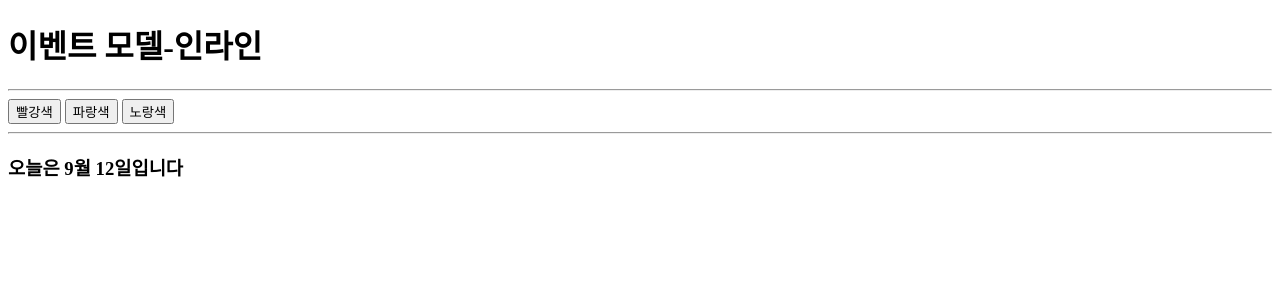
Repository: jhsnex123/web_study
Page: edu/src/main/webapp/jsexam/domexam/exercise11_1.html
These files come from the project's save history. The page is drawn as it stood at one moment and after the next save; the edit follows.
The browser window is 1280 px wide. The pictures show the whole page.
After loading, the first visible `#bt1` was clicked once.

Above is the page before, as saved 2024-09-25 08:38:11.
Console error: ReferenceError: update1 is not defined

After the next save:
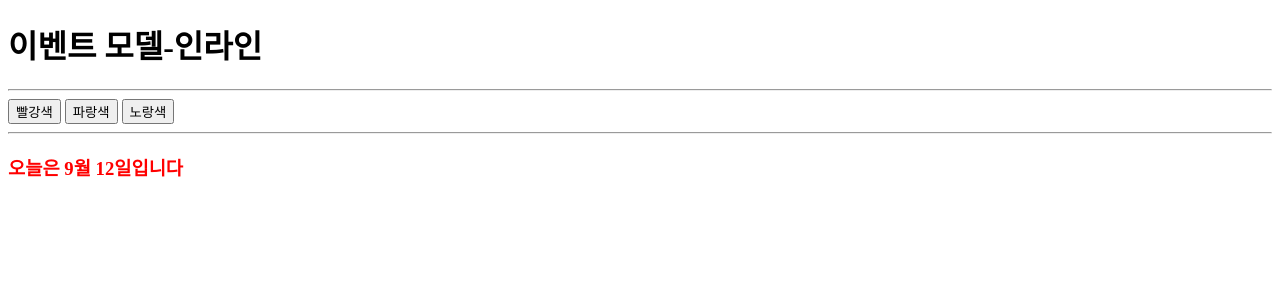
The error is gone.
Saved 2 min 39 s later.
--- a/edu/src/main/webapp/jsexam/domexam/exercise11_1.html
+++ b/edu/src/main/webapp/jsexam/domexam/exercise11_1.html
@@ -18,8 +18,12 @@
 		const month = date.getMonth()+1;
 		const day = date.getDate();          // 자바스크립트 date 검색
         document.getElementById('dateDisplay').innerText = `오늘은 ${month}월 ${day}일입니다`;
+
 	};
-
+	function update1(){
+		const btn = document.getElementById('dateDisplay')
+		dateDisplay.style.color='red';
+	}
 	console.log(document.body);
 		const dom = document.getElementsByTagName("div")[0];
 		function update(num) {
